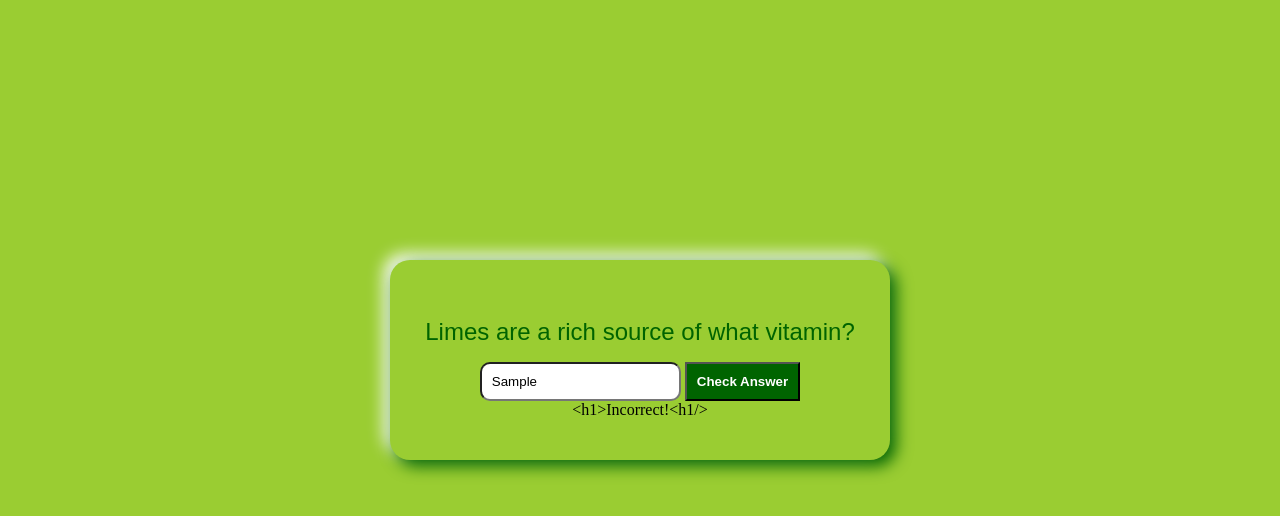
Repository: Joseph061200/Dynamic_Lab2
Page: joseph.html
An editor plug-in stored every save of this project. The page is shown before and after the next save, followed by the edit.
The browser window is 1280 px wide. The pictures show the whole page.
Empty fields were first filled with sample values (such as "Sample", 5 or name@example.com).
After loading, the first visible `button` was clicked once.

Above is the page before, as saved 2020-02-20 14:39:58.

### joseph.html
<!DOCTYPE html>
<html>
    <head>
        <title>Joseph</title>
        <link rel="stylesheet" href="joseph.css">
    </head>
    <body>
        <div class="app">
            <div class="pop_up question">
                <h1 class="h1">Limes are a rich source of what vitamin?</h1>
                <div>
                    <input id="answer" type="text" placeholder="Enter Your Answer Here">
                    <button onclick="CheckAnswer()">Check Answer</button>
                </div>
                <div id="h_r"></div>
            </div>
        </div>
        <script src="joseph.js"></script>
    </body>
</html>

### joseph.css
body,html {
    margin: 0;
}
.app{
    width: 100vw;
    height: 100vh;
    display: flex;
    justify-content: center;
    align-items: center;
    background-color: yellowgreen;
}
.pop_up{
    width: 500px;
    height: 200px;
    display: flex;
    flex-direction: column;
    justify-content: center;
    align-items: center;
    background-color: yellowgreen;
    border-radius: 20px;
    box-shadow: 6px 6px 16px darkgreen,-6px -6px 16px white;

}
h1 {
    font-family: sans-serif;
    font-size: 24px;
    font-weight: 300;
    text-align: center;
    color: darkgreen;
}
input{
    padding: 10px;
    border-radius: 10px;
}
button{
    padding: 10px;
    background-color: darkgreen;
    color: white;
    font-weight: bold;
}

### joseph.js
function CheckAnswer(){
    var myInput = document.querySelector("#answer").value;
    console.log(myInput);
    if (myInput === "C"){
        // alert("Correct!");
        document.querySelector("#h_r").innerHTML = "<h1>Correct!<h1/>"
    }else {
        // alert("wrong");
        document.querySelector("#h_r").innerText = "<h1>Incorrect!<h1/>"
    }
}

After the next save:
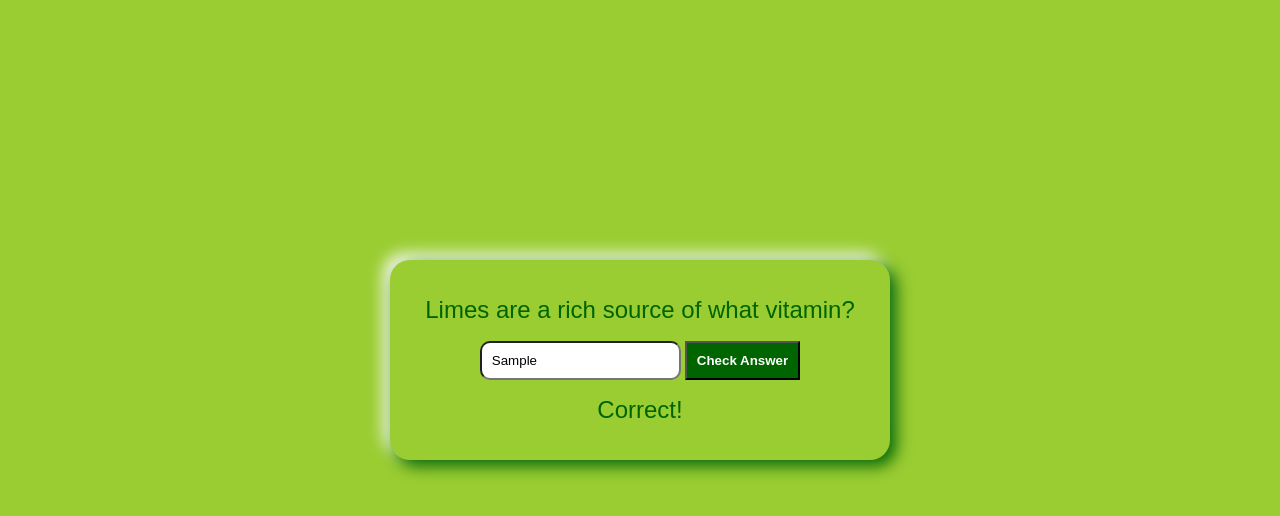
Saved 54 s later.
--- a/joseph.js
+++ b/joseph.js
@@ -1,7 +1,7 @@
 function CheckAnswer(){
     var myInput = document.querySelector("#answer").value;
     console.log(myInput);
-    if (myInput === "C"){
+    if (myInput === "C"||"c"){
         // alert("Correct!");
         document.querySelector("#h_r").innerHTML = "<h1>Correct!<h1/>"
     }else {
